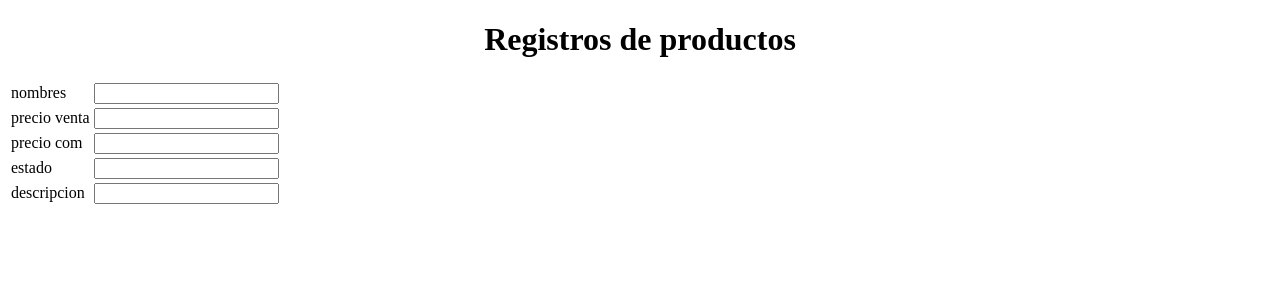
Repository: davidgit20/Examen_JPA
Page: http://localhost/examen_CL2/RegistroProducto.jsp
An editor plug-in stored every save of this project. The page is shown before and after the next save, followed by the edit.
The browser window is 1280 px wide. The pictures show the whole page.
The page is served by Tomcat 9.

Above is the page before, as saved 2023-10-24 23:35:25.

After the next save:
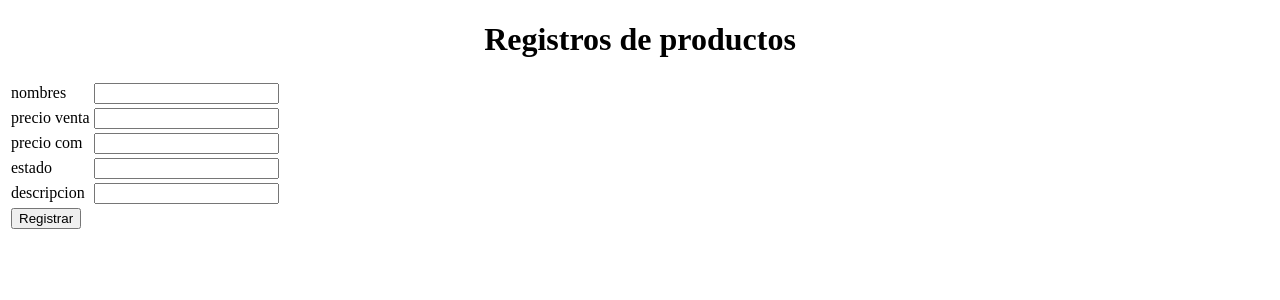
Saved 109 s later.
--- a/examen_CL2/src/main/webapp/RegistroProducto.jsp
+++ b/examen_CL2/src/main/webapp/RegistroProducto.jsp
@@ -30,7 +30,11 @@
 				<td>descripcion</td>
 				<td><input type="text" name="descrip"></td>
 			</tr>
+			<tr>
+				<td><input type="submit" value="Registrar"></td>
+			</tr>
 		</table>
 	</form>
+
 </body>
 </html>
